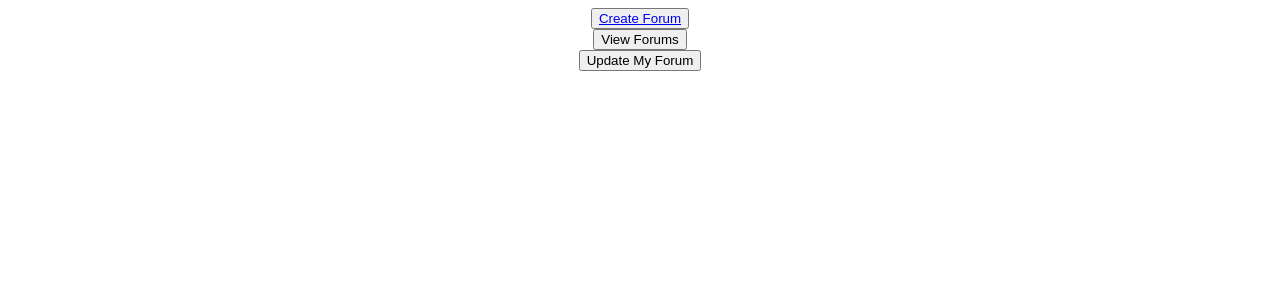
Repository: JamesArul/CLBSiteSTMT
Page: StudentsMeetFrontEnd/WebContent/Forum/ForumHome.html
The author's editor kept a copy of each file at every save. The page is drawn from the files as they stood at one save, then again after the next save.
The browser window is 1280 px wide. The pictures show the whole page.

Above is the page before, as saved 2017-06-04 10:45:15.

After the next save:
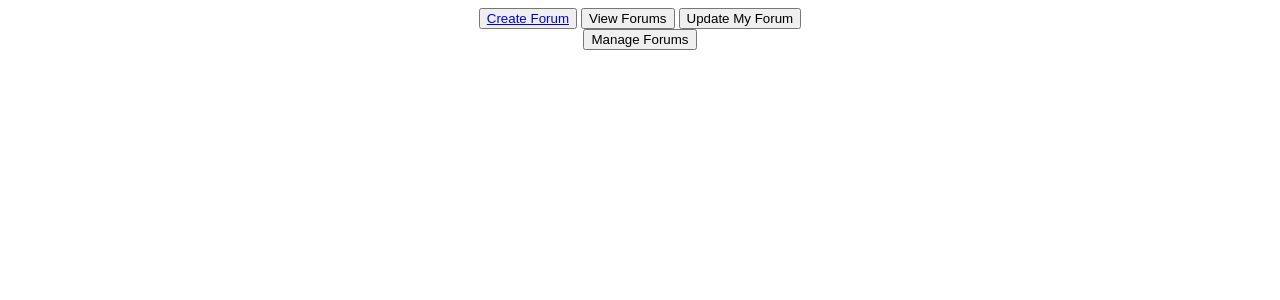
Saved 9 min 51 s later.
--- a/StudentsMeetFrontEnd/WebContent/Forum/ForumHome.html
+++ b/StudentsMeetFrontEnd/WebContent/Forum/ForumHome.html
@@ -2,14 +2,11 @@
 <div ng-controller="ForumController as ftrl">
 <center>
 <div class="row">
-<div class="col-sm-4">
 <button type="button" class="btn btn-success" onclick=""><a href="#!/goForumCreate">Create Forum</a></button>
-</div>
-<div class="col-sm-4">
 <button type="button" class="btn btn-success" ng-click="ftrl.getForums()">View Forums</button>
-</div>
-<div class="col-sm-4">
 <button type="button" class="btn btn-success" ng-click="">Update My Forum</button>
+<div ng-if="isAdmin">
+  <button type="button" class="btn btn-success" ng-click="">Manage Forums</button>
 </div>
 </div>
 </center>
